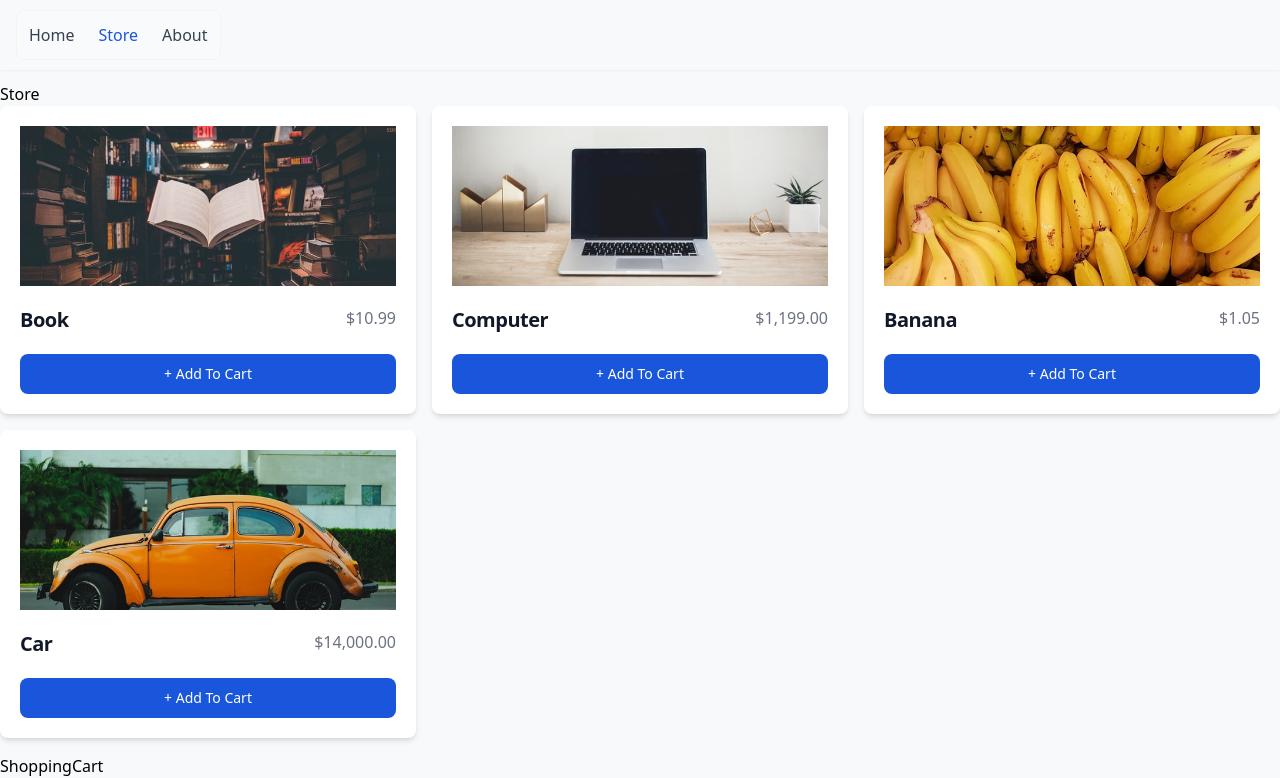
Repository: ducanhaep/react-ts-shopping-cart
Page: /store
The author's editor kept a copy of each file at every save. The page is drawn from the files as they stood at one save, then again after the next save.
The browser window is 1280 px wide. The pictures show the whole page.
The project was rebuilt for these pictures with package versions that can differ from the ones it lists, and the page was loaded fresh each time. Also part of the build but not shown: vite.config.ts, src/pages/About.js, src/pages/Home.js.

Above is the page before, as saved 2023-01-12 00:51:29.

### src/App.tsx
import { Routes, Route } from "react-router-dom";
import { About } from "./pages/About";
import { Home } from "./pages/Home";
import { Store } from "./pages/Store";
import { Navbar } from "./components/Navbar";
import { ShoppingCartProvider } from "./context/ShoppingCartContext";
function App() {
  return (
    <ShoppingCartProvider>
      <Navbar />
      <div className="container mb-4">
        <Routes>
          <Route path="/" element={<Home />} />
          <Route path="/store" element={<Store />} />
          <Route path="/about" element={<About />} />
        </Routes>
      </div>
    </ShoppingCartProvider>
  );
}

export default App;

### src/index.css
@tailwind base;
@tailwind components;
@tailwind utilities;
:root {
  font-synthesis: none;
  text-rendering: optimizeLegibility;
  -webkit-font-smoothing: antialiased;
  -moz-osx-font-smoothing: grayscale;
  -webkit-text-size-adjust: 100%;
}

/* Box sizing rules */
*,
*::before,
*::after {
  box-sizing: border-box;
}

/* Remove default margin */
body,
h1,
h2,
h3,
h4,
p,
figure,
blockquote,
dl,
dd {
  margin: 0;
}

/* Remove list styles on ul, ol elements with a list role, which suggests default styling will be removed */
ul[role="list"],
ol[role="list"] {
  list-style: none;
}

/* Set core root defaults */
html:focus-within {
  scroll-behavior: smooth;
}

/* Set core body defaults */
body {
  min-height: 100vh;
  text-rendering: optimizeSpeed;
  line-height: 1.5;
  background-color: #f8f9fa;
}

input,
button,
textarea,
select {
  font: inherit;
}

### src/pages/Store.tsx
import { StoreItem } from "../components/StoreItem";
import storeItems from "../data/items.json";
export function Store() {
  return (
    <>
      <h1>Store</h1>
      <div className="grid grid-cols-1 md:grid-cols-3 2xl:grid-cols-4 gap-8 md:gap-4">
        {storeItems.map((item) => (
          <StoreItem {...item} key={item.id} />
        ))}
      </div>
    </>
  );
}

### src/components/Navbar.tsx
import { Link, NavLink } from "react-router-dom";
import { BsFillCartFill } from "react-icons/bs";
import { useShoppingCartContext } from "../context/ShoppingCartContext";

export function Navbar() {
  const { openCart, cartQuantity } = useShoppingCartContext();
  return (
    <div className="shadow-sm mb-3">
      <nav className="containerbg-white border-gray-200 px-2 sm:px-4 py-2.5 rounded dark:bg-gray-900">
        <div className="container flex flex-wrap items-center justify-between">
          <ul className="flex border border-gray-100 rounded-lg bg-gray-50 items-center">
            <li>
              <NavLink
                to="/"
                className={({ isActive }) =>
                  isActive
                    ? "text-white bg-blue-700 rounded md:bg-transparent md:text-blue-700 dark:text-white p-3"
                    : "block text-gray-700 rounded hover:bg-gray-100 p-3"
                }
                aria-current="page"
              >
                Home
              </NavLink>
            </li>
            <li>
              <NavLink
                to="store"
                className={({ isActive }) =>
                  isActive
                    ? "text-white bg-blue-700 rounded md:bg-transparent md:text-blue-700 dark:text-white p-3"
                    : "block text-gray-700 rounded hover:bg-gray-100 p-3"
                }
              >
                Store
              </NavLink>
            </li>
            <li>
              <NavLink
                to="about"
                className={({ isActive }) =>
                  isActive
                    ? "text-white bg-blue-700 rounded md:bg-transparent md:text-blue-700 dark:text-white p-3"
                    : "block text-gray-700 rounded hover:bg-gray-100 p-3"
                }
              >
                About
              </NavLink>
            </li>
          </ul>
          {cartQuantity > 0 && (
            <button
              data-collapse-toggle="navbar-default"
              type="button"
              aria-controls="navbar-default"
              aria-expanded="false"
              className="relative md:hidden text-blue-700 hover:text-white border border-blue-700 hover:bg-blue-800 focus:outline-none  font-medium rounded-lg text-sm px-5 py-2.5 text-center mr-2 mb-2"
              onClick={openCart}
            >
              <BsFillCartFill />
              <div className="absolute inline-flex items-center justify-center w-6 h-6 text-xs font-bold text-white bg-red-500 border-2 border-white rounded-full -top-2 -right-2 dark:border-gray-900">
                {cartQuantity}
              </div>
            </button>
          )}
        </div>
      </nav>
    </div>
  );
}

### src/context/ShoppingCartContext.tsx
import { useContext, createContext, ReactNode, useState } from "react";
import { ShoppingCart } from "../components/ShoppingCart";

interface ShoppingCartProviderProps {
  children: ReactNode;
}
interface ShoppingCartContext {
  getItemQuantity: (id: number) => number;
  increaseCartQuantity: (id: number) => void;
  decreaseCartQuantity: (id: number) => void;
  removeFromCart: (id: number) => void;
  openCart: () => void;
  closeCart: () => void;
  cartQuantity: number;
  cartItems: CartItem[];
}
interface CartItem {
  id: number;
  quantity: number;
}

const ShoppingCartContext = createContext({} as ShoppingCartContext);

export function ShoppingCartProvider({ children }: ShoppingCartProviderProps) {
  const [cartItems, setCartItems] = useState<CartItem[]>([]);
  const [isOpen, setIsOpen] = useState(false);

  function getItemQuantity(id: number) {
    return cartItems.find((item) => item.id === id)?.quantity || 0;
  }
  const cartQuantity = cartItems.reduce(
    (quantity, item) => quantity + item.quantity,
    0
  );

  function increaseCartQuantity(id: number) {
    setCartItems((currentItem) => {
      if (currentItem.find((item) => item.id === id) == null) {
        return [...currentItem, { id, quantity: 1 }];
      } else {
        return currentItem.map((item) => {
          if (item.id === id) {
            return { ...item, quantity: item.quantity + 1 };
          }
          return item;
        });
      }
    });
  }
  function decreaseCartQuantity(id: number) {
    setCartItems((currentItem) => {
      if (currentItem.find((item) => item.id === id)?.quantity === 1) {
        return currentItem.filter((item) => item.id !== id);
      } else {
        return cartItems.map((item) => {
          if (item.id === id) {
            return { ...item, quantity: item.quantity - 1 };
          }
          return item;
        });
      }
    });
  }
  function removeFromCart(id: number) {
    setCartItems((currentItem) => currentItem.filter((item) => item.id !== id));
  }

  function openCart() {
    setIsOpen(true);
  }
  function closeCart() {
    setIsOpen(false);
  }

  return (
    <ShoppingCartContext.Provider
      value={{
        getItemQuantity,
        increaseCartQuantity,
        decreaseCartQuantity,
        removeFromCart,
        cartItems,
        cartQuantity,
        openCart,
        closeCart,
      }}
    >
      {children}
      <ShoppingCart />
    </ShoppingCartContext.Provider>
  );
}

export function useShoppingCartContext() {
  return useContext(ShoppingCartContext);
}

### src/components/StoreItem.tsx
import { Link } from "react-router-dom";
import { useShoppingCartContext } from "../context/ShoppingCartContext";
import { formatCurrency } from "../utilities/formatCurrency";

interface StoreItemProps {
  id: number;
  name: string;
  price: number;
  imgUrl: string;
}
export function StoreItem({ id, name, price, imgUrl }: StoreItemProps) {
  const {
    getItemQuantity,
    increaseCartQuantity,
    decreaseCartQuantity,
    removeFromCart,
  } = useShoppingCartContext();
  const quantity = getItemQuantity(id);
  return (
    <div className="w-full bg-white rounded-lg shadow-md">
      <div className="">
        <Link to="#">
          <img
            src={imgUrl}
            alt="imgUrl"
            className="rounded-t-lg p-5 object-cover h-[200px] w-full"
          />
        </Link>
      </div>
      <div className="flex flex-col px-5">
        <div className="flex justify-between">
          <Link to="#">
            <h5 className="text-xl font-semibold tracking-tight text-gray-900">
              {name}
            </h5>
          </Link>
          <p className="text-gray-500 font-medium">{formatCurrency(price)}</p>
        </div>
        <div className="flex justify-center py-5">
          {quantity === 0 ? (
            <button
              type="button"
              className="text-white w-full bg-blue-700 hover:bg-blue-800 font-medium rounded-lg text-sm px-5 py-2.5"
              onClick={() => increaseCartQuantity(id)}
            >
              + Add To Cart
            </button>
          ) : (
            <div className="flex flex-col justify-center gap-1">
              <div className="flex justify-center items-center gap-2">
                <button
                  type="button"
                  className="text-white bg-blue-700 hover:bg-blue-800 font-medium rounded-lg text-sm px-5 py-2.5"
                  onClick={() => decreaseCartQuantity(id)}
                >
                  -
                </button>
                <p className="basic-full">
                  <span className="text-2xl">{quantity}</span> in cart
                </p>
                <button
                  type="button"
                  className="text-white bg-blue-700 hover:bg-blue-800 font-medium rounded-lg text-sm px-5 py-2.5"
                  onClick={() => increaseCartQuantity(id)}
                >
                  +
                </button>
              </div>

              <button
                type="button"
                className="focus:outline-none text-white bg-red-700 hover:bg-red-800 font-medium rounded-lg text-sm px-5 py-2.5"
                onClick={() => removeFromCart(id)}
              >
                Remove
              </button>
            </div>
          )}
        </div>
      </div>
    </div>
  );
}

### src/data/items.json
[
	{
		"id": 1,
		"name": "Book",
		"price": 10.99,
		"imgUrl": "/imgs/book.jpg"
	},
	{
		"id": 2,
		"name": "Computer",
		"price": 1199,
		"imgUrl": "/imgs/computer.jpg"
	},
	{
		"id": 3,
		"name": "Banana",
		"price": 1.05,
		"imgUrl": "/imgs/banana.jpg"
	},
	{
		"id": 4,
		"name": "Car",
		"price": 14000,
		"imgUrl": "/imgs/car.jpg"
	}
]

### src/components/ShoppingCart.tsx
export function ShoppingCart() {
  return <h1>ShoppingCart</h1>;
}

### tailwind.config.cjs
/** @type {import('tailwindcss').Config} */
module.exports = {
  content: [
    "./index.html",
    "./src/**/*.{js,ts,jsx,tsx}",
    "node_modules/flowbite-react/**/*.{js,jsx,ts,tsx}",
  ],
  theme: {
    container: {
      center: true,
    },
    extend: {
      colors: {
        "light-color": "#f8f9fa",
      },
    },
  },
  plugins: [require("flowbite/plugin")],
};

Loaded but not shown: index.html (common file); src/main.tsx (common file); src/utilities/formatCurrency.ts (common file)

After the next save:
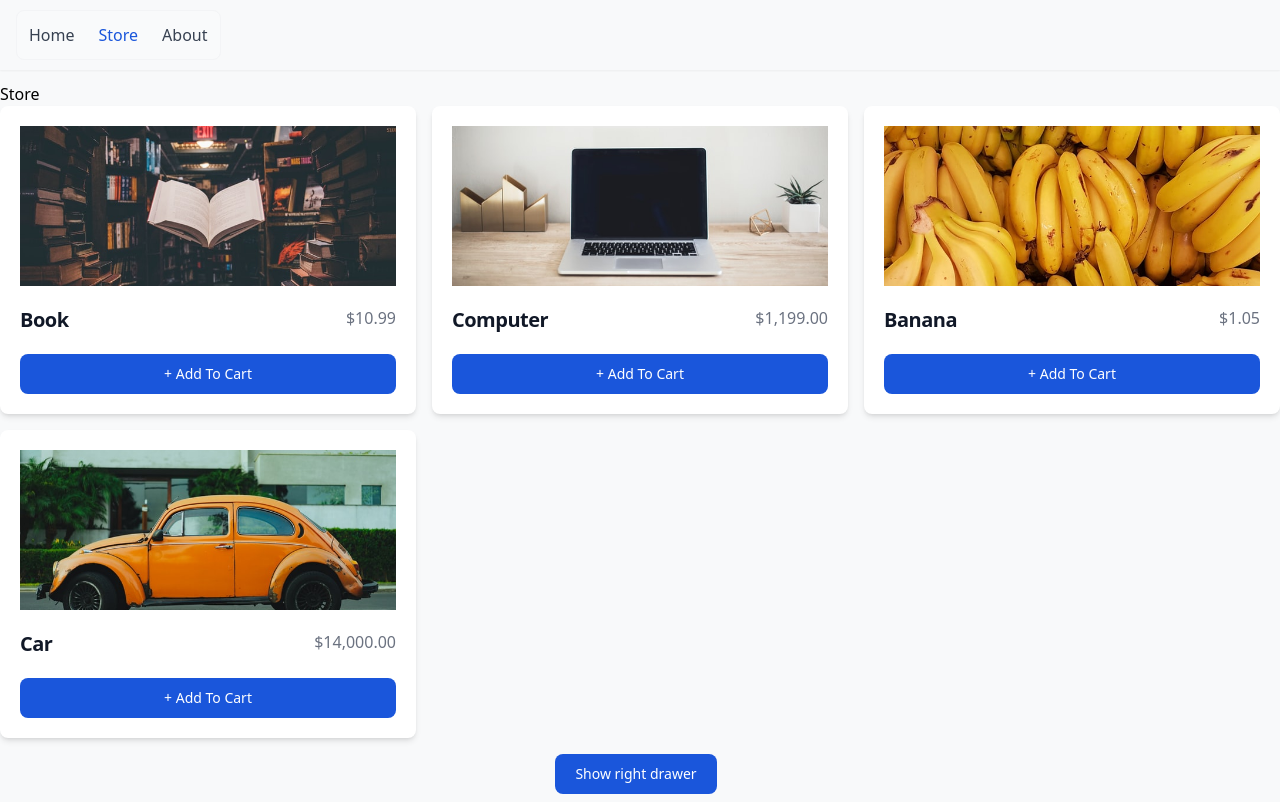
Saved 5 min 52 s later.
--- a/src/components/ShoppingCart.tsx
+++ b/src/components/ShoppingCart.tsx
@@ -1,3 +1,104 @@
 export function ShoppingCart() {
-  return <h1>ShoppingCart</h1>;
+  return (
+    <div>
+      <div className="text-center">
+        <button
+          className="text-white bg-blue-700 hover:bg-blue-800 focus:ring-4 focus:ring-blue-300 font-medium rounded-lg text-sm px-5 py-2.5 mr-2 mb-2 dark:bg-blue-600 dark:hover:bg-blue-700 focus:outline-none dark:focus:ring-blue-800"
+          type="button"
+          data-drawer-target="drawer-right-example"
+          data-drawer-show="drawer-right-example"
+          data-drawer-placement="right"
+          aria-controls="drawer-right-example"
+        >
+          Show right drawer
+        </button>
+      </div>
+      {/* drawer component */}
+      <div
+        id="drawer-right-example"
+        className="fixed z-40 h-screen p-4 overflow-y-auto bg-white w-80 dark:bg-gray-800 transition-transform right-0 top-0 translate-x-full"
+        tabIndex={-1}
+        aria-labelledby="drawer-right-label"
+      >
+        <h5
+          id="drawer-right-label"
+          className="inline-flex items-center mb-4 text-base font-semibold text-gray-500 dark:text-gray-400"
+        >
+          <svg
+            className="w-5 h-5 mr-2"
+            aria-hidden="true"
+            fill="currentColor"
+            viewBox="0 0 20 20"
+            xmlns="http://www.w3.org/2000/svg"
+          >
+            <path
+              fillRule="evenodd"
+              d="M18 10a8 8 0 11-16 0 8 8 0 0116 0zm-7-4a1 1 0 11-2 0 1 1 0 012 0zM9 9a1 1 0 000 2v3a1 1 0 001 1h1a1 1 0 100-2v-3a1 1 0 00-1-1H9z"
+              clipRule="evenodd"
+            />
+          </svg>
+          Right drawer
+        </h5>
+        <button
+          type="button"
+          data-drawer-hide="drawer-right-example"
+          aria-controls="drawer-right-example"
+          className="text-gray-400 bg-transparent hover:bg-gray-200 hover:text-gray-900 rounded-lg text-sm p-1.5 absolute top-2.5 right-2.5 inline-flex items-center dark:hover:bg-gray-600 dark:hover:text-white"
+        >
+          <svg
+            aria-hidden="true"
+            className="w-5 h-5"
+            fill="currentColor"
+            viewBox="0 0 20 20"
+            xmlns="http://www.w3.org/2000/svg"
+          >
+            <path
+              fillRule="evenodd"
+              d="M4.293 4.293a1 1 0 011.414 0L10 8.586l4.293-4.293a1 1 0 111.414 1.414L11.414 10l4.293 4.293a1 1 0 01-1.414 1.414L10 11.414l-4.293 4.293a1 1 0 01-1.414-1.414L8.586 10 4.293 5.707a1 1 0 010-1.414z"
+              clipRule="evenodd"
+            />
+          </svg>
+          <span className="sr-only">Close menu</span>
+        </button>
+        <p className="mb-6 text-sm text-gray-500 dark:text-gray-400">
+          Supercharge your hiring by taking advantage of our{" "}
+          <a
+            href="#"
+            className="text-blue-600 underline dark:text-blue-500 hover:no-underline"
+          >
+            limited-time sale
+          </a>{" "}
+          for Flowbite Docs + Job Board. Unlimited access to over 190K
+          top-ranked candidates and the #1 design job board.
+        </p>
+        <div className="grid grid-cols-2 gap-4">
+          <a
+            href="#"
+            className="px-4 py-2 text-sm font-medium text-center text-gray-900 bg-white border border-gray-200 rounded-lg focus:outline-none hover:bg-gray-100 hover:text-blue-700 focus:z-10 focus:ring-4 focus:ring-gray-200 dark:focus:ring-gray-700 dark:bg-gray-800 dark:text-gray-400 dark:border-gray-600 dark:hover:text-white dark:hover:bg-gray-700"
+          >
+            Learn more
+          </a>
+          <a
+            href="#"
+            className="inline-flex items-center px-4 py-2 text-sm font-medium text-center text-white bg-blue-700 rounded-lg hover:bg-blue-800 focus:ring-4 focus:ring-blue-300 dark:bg-blue-600 dark:hover:bg-blue-700 focus:outline-none dark:focus:ring-blue-800"
+          >
+            Get access{" "}
+            <svg
+              className="w-4 h-4 ml-2"
+              aria-hidden="true"
+              fill="currentColor"
+              viewBox="0 0 20 20"
+              xmlns="http://www.w3.org/2000/svg"
+            >
+              <path
+                fillRule="evenodd"
+                d="M12.293 5.293a1 1 0 011.414 0l4 4a1 1 0 010 1.414l-4 4a1 1 0 01-1.414-1.414L14.586 11H3a1 1 0 110-2h11.586l-2.293-2.293a1 1 0 010-1.414z"
+                clipRule="evenodd"
+              />
+            </svg>
+          </a>
+        </div>
+      </div>
+    </div>
+  );
 }
